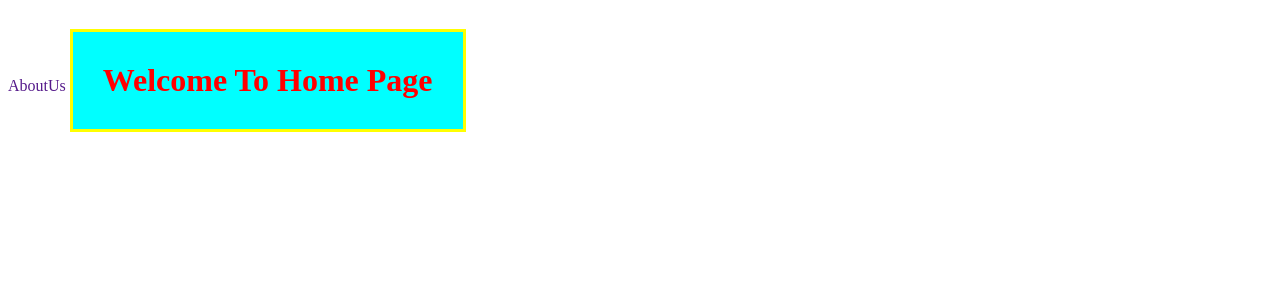
Repository: Raviteja6671/Django
Page: http://localhost/home/
An editor plug-in stored every save of this project. The page is shown before and after a run of saves, followed by the edit.
The browser window is 1280 px wide. The pictures show the whole page.
The page is served by the project's application, run on Django 5.2 (myProject/manage.py). Other server files are loaded and not shown.

Above is the page before, as saved 2025-12-07 20:02:29.

### myProject/basic/templates/home.html
<!DOCTYPE html>
<html lang="en">
<head>
    <meta charset="UTF-8">
    <meta name="viewport" content="width=device-width, initial-scale=1.0">
    <title>Document</title>
    <style>
        h1{
            background-color: aqua;
            color: red;
            border: 3px solid yellow;
            display: inline-block;
            padding: 30px;
        }
        a{
            text-decoration: none;

        }
    </style>

    <!-- createsuperuser:-
    username = Raviteja_Kodem
    Email = raviteja62@gmail.com
    password = R@vitej@62 -->

</head>
<body>
    <a href="">AboutUs</a>
    <h1>Welcome To Home Page</h1>
</body>
</html>

### myProject/basic/middleware.py
from django.http import JsonResponse
import re
import json
import jwt
from django.conf import settings

class BasicMiddleware:
    def __init__(self,get_response):
        self.get_response = get_response

    def __call__(self,request):
        print(request,"hello")
        if(request.path=="/student/"):
            print(request.method,"method")
            print(request.path)
        response=self.get_response(request)
        return response

# class signupMiddleware:
#     def __init__(self,get_response):
#         self.get_response = get_response
#     def __call__(self, request):
#         data = json.loads(request.body)
#         username=data.get('username')
#         email=data.get("email")
#         dob=data.get("dob")
#         password=data.get("pswd")


class basicMiddleware:
    def __init__(self, get_response):
        self.get_response = get_response
        # Define the list of specific URLs to monitor
        self.target_urls = [
            "/add_stu/",
            "/students/",
            "/student/",
            "/health/",
        ]

    def __call__(self, request):
        path = request.path
        print(f"Incoming request → {path}")

        if path in self.target_urls or path.startswith("/student/"):
            print("Middleware is Active for this URL")
            print(f"Method Used → {request.method}")
            print(f"Full Path → {path}")

            # Exp1 Block POST requests for testing
            if path == "/add_stu/" and request.method == "POST":
                print("⚠️ POST request detected on /add_stu/")

            # Exp2 Print user-agent header
            user_agent = request.META.get("HTTP_USER_AGENT", "Unknown")
            print(f"User-Agent: {user_agent}")

        response = self.get_response(request)

        #Exp3 Post-response actions
        if path.startswith("/students/"):
            print("Response successfully returned for student_related URL")

        return response


# 17/11/2025 class task

class SscMiddleware:
    def __init__(self, get_response):
        self.get_response = get_response
    def __call__(self, request):
        if request.path in ["/job1/", "/job2/"]:
            ssc_result = request.GET.get("ssc", "False")
            if ssc_result != "True":
                return JsonResponse({"error": "you should qualify atleast SSC for applying this job"},status=400)
        return self.get_response(request)


class MedicalMiddleware:
    def __init__(self, get_response):
        self.get_response = get_response
    def __call__(self, request):
        if request.path == "/job1/":
            medical_fit_result = request.GET.get("medically_fit", "False")
            if medical_fit_result != "True":
                return JsonResponse(
                    {"error": "your not Medically fit to apply for this job role"},
                    status=400)
        return self.get_response(request)


class AgeMiddleware:
    def __init__(self, get_response):
        self.get_response = get_response
    def __call__(self, request):
        if request.path in ["/job1/", "/job2/"]:
            age = int(request.GET.get("age", 17))
            if age < 18 or age > 25:
                return JsonResponse(
                    {"error": "age must be in between 18 too 25"},
                    status=400)
        return self.get_response(request)





#18/11/2025 class task


class UsernameMiddleware:
    def __init__(self, get_response):
        self.get_response = get_response

    def __call__(self, request):
        if request.path == "/signup/" and request.method == "POST":
            # Read JSON only once
            if not hasattr(request, "json_data"):
                try:
                    request.json_data = json.loads(request.body)
                except:
                    return JsonResponse({"error": "Invalid JSON"}, status=400)
            data = request.json_data
            username = data.get("username", "")
            if not username:
                return JsonResponse({"error": "Username is Required"}, status=400)
            if len(username) < 3 or len(username) > 20:
                return JsonResponse({"error": "Username must be 3 to 20 characters"}, status=400)
            if username[0] in "._" or username[-1] in "._":
                return JsonResponse({"error": "Username cannot start or end with . or _"}, status=400)
            if not re.match(r"^[a-zA-Z0-9._]+$", username):
                return JsonResponse({"error": "Username can contain letters, numbers, . and _ only"}, status=400)
            if ".." in username or "__" in username:
                return JsonResponse({"error": "Username cannot have double dots or double underscores"}, status=400)
        return self.get_response(request)


class EmailMiddleware:
    def __init__(self, get_response):
        self.get_response = get_response

    def __call__(self, request):
        if request.path == "/signup/" and request.method == "POST":
            if not hasattr(request, "json_data"):
                try:
                    request.json_data = json.loads(request.body)
                except:
                    return JsonResponse({"error": "Invalid JSON"}, status=400)
            data = request.json_data
            email = data.get("email", "")
            email_regex = r"^[a-zA-Z0-9._%+-]+@[a-zA-Z0-9.-]+\.[a-zA-Z]{2,}$"
            if not email:
                return JsonResponse({"error": "Email is required"}, status=400)
            if not re.match(email_regex, email):
                return JsonResponse({"error": "Invalid Email format"}, status=400)
        return self.get_response(request)


class PasswordMiddleware:
    def __init__(self, get_response):
        self.get_response = get_response

    def __call__(self, request):
        if request.path == "/signup/" and request.method == "POST":
            if not hasattr(request, "json_data"):
                try:
                    request.json_data = json.loads(request.body)
                except:
                    return JsonResponse({"error": "Invalid JSON"}, status=400)
            data = request.json_data
            password = data.get("password", "")
            password_regex = r"^(?=.*[a-z])(?=.*[A-Z])(?=.*\d)(?=.*[@$!%*#?&._])[A-Za-z\d@$!%*#?&._]{8,}$"
            if not password:
                return JsonResponse({"error": "Password is required"}, status=400)
            if not re.match(password_regex, password):
                return JsonResponse({
                    "error": "Password must contain 8+ characters, uppercase, lowercase, digit, special char"
                }, status=400)
        return self.get_response(request)


class authenticate_middleware():
    def __init__(self,get_response):
        self.get_response  = get_response
    def __call__(self, request):
        if request.path=="/getallusers/":
            token=request.headers.get("Authorization")
            print(token,"token") # prints the bearer <token>
            if not token:
                return JsonResponse({"error":"Authorization token Missing"},status=400)
            token_value=token.split(" ")[1]
            print(token_value,"token_value") # prints ['bearer','<token>']
            try:
                decode_data = jwt.decode(token_value, settings.SECRET_KEY, algorithms=["HS256"])
                print(decode_data,"decoded_data")
                request.token_data = decode_data
            except jwt.ExpiredSignatureError:
                return JsonResponse({"Error":"Token has expired, Please login again"},status=401)
            except jwt.exceptions.InvalidSignatureError:
                return JsonResponse({"error":"invalid token signature"},status=401)

        return self.get_response(request)

### myProject/basic/views.py
from django.shortcuts import render
import json
from django.http import HttpResponse
from django.http import JsonResponse
from django.db import connection
from django.views.decorators.csrf import csrf_exempt
from basic.models import student
from basic.models import Users
from django.conf import settings
import jwt
from datetime import datetime,timedelta
from zoneinfo import ZoneInfo
from django.contrib.auth.hashers import make_password,check_password

# Create your views here.

def sample(request):
    return HttpResponse('hello world')

def sample1(request):
    return HttpResponse('WelCome to Django')

def sampleInfo(request):
    data={"name":"raviteja","age":"22","city":"hyd"}
    # data=[4,6,8]
    return JsonResponse(data)

def dynamicResponse(request):
    name=request.GET.get("name"," Raviteja")
    city=request.GET.get("city","Hyderabad")
    return HttpResponse(f"Hello {name} From {city} !")

def add(request):
    a = int(request.GET.get('a', 8))
    b = int(request.GET.get('b', 9))
    return HttpResponse(f"Addition: {a + b}")

def sub(request):
    a = int(request.GET.get('a', 12))
    b = int(request.GET.get('b', 5))
    return HttpResponse(f"Subtraction: {a - b}")

def mul(request):
    a = int(request.GET.get('a', 18))
    b = int(request.GET.get('b', 4))
    return HttpResponse(f"Multiplication: {a * b}")

def div(request):
    a = int(request.GET.get('a', 8))
    b = int(request.GET.get('b', 6))  # Avoid division by zero default
    try:
        result = a / b
    except ZeroDivisionError:
        return HttpResponse("Error: Division by zero")
    return HttpResponse(f"Division: {result}")

# Health check endpoint
def health(request):
    try:
        with connection.cursor() as c:
            c.execute("SELECT 1")
        return JsonResponse({"status": "ok", "db": "connected"})
    except Exception as e:
        return JsonResponse({"status": "error", "db": str(e)})



# POST - Create new student
@csrf_exempt
def add_student(request):
    print(request.method)
    if request.method == "POST":
        data = json.loads(request.body)
        email = data.get("email")
        # Check if email already exists
        if student.objects.filter(email=email).exists():
            return JsonResponse({"error": "Email already exists"}, status=400)
        # Create new student
        stu = student.objects.create(
            name=data.get("name"),
            age=data.get("age"),
            email=email
        )
        return JsonResponse({"status": "success", "id": stu.id}, status=201)

# GET - Retrieve all students
    elif request.method == "GET":
        result = list(student.objects.values())
        return JsonResponse({"status": "success", "data": result}, status=200)

# DELETE - Delete student by ID
    elif request.method == "DELETE":
        data = json.loads(request.body)
        ref_id = data.get("id")
        try:
            deleting_data = student.objects.filter(id=ref_id).values().first()
            if not deleting_data:
                return JsonResponse({"error": "Student not found"}, status=404)
            student.objects.get(id=ref_id).delete()
            return JsonResponse({
                "status": "deleted",
                "deleted_data": deleting_data
            }, status=200)
        except student.DoesNotExist:
            return JsonResponse({"error": "Student not found"}, status=404)

# PUT - Full update (update all fields)
    elif request.method == "PUT":
        data = json.loads(request.body)
        ref_id = data.get("id")
        try:
            stu = student.objects.get(id=ref_id)
        except student.DoesNotExist:
            return JsonResponse({'error': "Student not found"}, status=404)
        # Check if new email already exists
        new_email = data.get("email")
        if student.objects.filter(email=new_email).exclude(id=ref_id).exists():
            return JsonResponse({"error": "Email already exists"}, status=400)
        stu.name = data.get("name", stu.name)
        stu.age = data.get("age", stu.age)
        stu.email = data.get("email", stu.email)
        stu.save()
        updated_data = student.objects.filter(id=ref_id).values().first()
        return JsonResponse({"status": "full update success", "updated_data": updated_data}, status=200)

# PATCH - Partial update (only update specific fields)
    elif request.method == "PATCH":
        data = json.loads(request.body)
        ref_id = data.get("id")
        try:
            stu = student.objects.get(id=ref_id)
        except student.DoesNotExist:
            return JsonResponse({'error': "Student not found"}, status=404)
        # Update only fields provided in the request
        if "name" in data:
            stu.name = data["name"]
        if "age" in data:
            stu.age = data["age"]
        if "email" in data:
            new_email = data["email"]
            # Check if email already exists
            if student.objects.filter(email=new_email).exclude(id=ref_id).exists():
                return JsonResponse({"error": "Email already exists"}, status=400)
            stu.email = new_email
        stu.save()
        updated_data = student.objects.filter(id=ref_id).values().first()
        return JsonResponse({"status": "partial update success", "updated_data": updated_data}, status=200)

    return JsonResponse({'error': "Unsupported method"}, status=405)



# 11/11/2025 task operations

def get_all_students(request):
    students = student.objects.all()
    data = list(students.values())
    return JsonResponse(data, safe=False)

def get_student_by_id(request, id):
    try:
        s = student.objects.get(id=id)
        data = {'id': s.id, 'name': s.name, 'age': s.age, 'email': s.email}
        return JsonResponse(data)
    except student.DoesNotExist:
        return JsonResponse({'error': 'Student not found'}, status=404)

def filter_students_age_gte_20(request):
    students = student.objects.filter(age__gte=20)
    data = list(students.values())
    return JsonResponse(data, safe=False)

def filter_students_age_lte_25(request):
    students = student.objects.filter(age__lte=25)
    data = list(students.values())
    return JsonResponse(data, safe=False)

def get_unique_ages(request):
    ages = student.objects.values_list('age', flat=True).distinct()
    return JsonResponse(list(ages), safe=False)

def count_total_students(request):
    total = student.objects.count()
    return JsonResponse({'total_students': total})


def job1(request):
    return JsonResponse({"message":"You have successfully applied for job1"},status=200)

def job2(request):
    return JsonResponse({"Message":"you have successfully applied for job2"},status=200)



# 18/11/2025 class

@csrf_exempt               #POST OPERATION
def signUp(request):
    if request.method == "POST":
        data = request.json_data   # <-- use this

        username = data.get("username")
        email = data.get("email")
        password =make_password(data.get("password"))

        if not username or not email or not password:
            return JsonResponse({"Message": "All fields are required"}, status=400)

        user = Users.objects.create(
            username=username,
            email=email,
            password=password
        )

        return JsonResponse({"Message": "User Registered", "id": user.id}, status=200)

    return JsonResponse({"Message": "Invalid Request Method"}, status=405)


@csrf_exempt                              # GET OPERATION
def getUsers(request):
    if request.method == "GET":
        users = Users.objects.all()

        data = []
        for user in users:
            data.append({
                "id": user.id,
                "username": user.username,
                "email": user.email,
                "password": user.password   # If you want to hide password, tell me
            })

        return JsonResponse({"users": data}, status=200)

    return JsonResponse({"Message": "Invalid Request Method"}, status=405)



@csrf_exempt                            # DELETE OPERATION
def deleteUser(request, id):
    if request.method == "DELETE":
        try:
            user = Users.objects.get(id=id)
            user.delete()
            return JsonResponse({"Message": "User Deleted Successfully", "id": id}, status=200)
        except Users.DoesNotExist:
            return JsonResponse({"Message": "User Not Found"}, status=404)

    return JsonResponse({"Message": "Invalid Request Method"}, status=405)


# @csrf_exempt
# def login(request):
#     if request.method=="POST":
#         data=request.POST
#         print(data)
#         username=data.get('username')
#         password=data.get("password")
#         try:
#             user=Users.objects.get(username=username)
#             if check_password(password,user.password):
#                 token="a json web token"

#                 return JsonResponse({"status":"successfully Loggedin","token":token},status=200)
#             else:
#                 return JsonResponse({"status":"failure","message":"invalid password"},status=400)
#         except Users.DoesNotExist:
#             return JsonResponse({"status":"failure","message":"user not found"},status=400)

@csrf_exempt
def login(request):
    if request.method == "POST":
        data = request.POST
        username = data.get("username")
        password = data.get("password")

        try:
            user = Users.objects.get(username=username)
            issued_time=datetime.now(ZoneInfo("Asia/Kolkata"))
            expired_time=issued_time+timedelta(minutes=50)
            if password == user.password:
                # token="a json web token"
                payload = {
                    "username": user.username,
                    "email": user.email,
                    "id": user.id,
                    "exp":expired_time
                }
                #creating jwt token
                token = jwt.encode(payload, settings.SECRET_KEY, algorithm="HS256")
                return JsonResponse({"status": "successfully Loggedin", "token": token,"issued_at":issued_time,"Token_expired_at":expired_time,"Token_expires_in-Minitues_is":int((expired_time-issued_time).total_seconds()/60)}, status=200)
            else:
                return JsonResponse({"status": "failure", "message": "invalid password"}, status=400)
        except Users.DoesNotExist:
            return JsonResponse({"status": "failure", "message": "user not found"}, status=400)



@csrf_exempt
def check(request):
    hashed="pbkdf2_sha256$1000000$oWRnje0wvfd1GDEWVxl1cH$ISOcbGnboV91VHZ9hLKmh+kOIwxLHACntmEfaRKMd+4="
    ipdata=request.POST
    print(ipdata)
    #hashed=make_password(ipdata.get('ip'))
    x=check_password(ipdata.get("ip"),hashed)
    print(x)
    return JsonResponse({"status":"success","data":x},status=200)


@csrf_exempt
def getAllUsers(request):
    if request.method == "GET":
        users = list(Users.objects.values())
        print(request.token_data, "token_data in view")
        print(request.token_data.get("username"), "username from token")
        print(users, "users list")
        token_username = request.token_data.get("username")
        usernames = [u["username"] for u in users]
        if token_username not in usernames:
            return JsonResponse({"error": "unauthorized access"}, status=401)
        return JsonResponse({"status": "success", "data": users}, status=200)

    return JsonResponse({"status": "failed", "message": "Only GET method allowed"}, status=400)


def home(request):
    return render(request,'home.html')

def aboutus(request):
    return render(request,'aboutus.html')

### myProject/myProject/urls.py
"""
URL configuration for myProject project.

The `urlpatterns` list routes URLs to views. For more information please see:
    https://docs.djangoproject.com/en/5.1/topics/http/urls/
Examples:
Function views
    1. Add an import:  from my_app import views
    2. Add a URL to urlpatterns:  path('', views.home, name='home')
Class-based views
    1. Add an import:  from other_app.views import Home
    2. Add a URL to urlpatterns:  path('', Home.as_view(), name='home')
Including another URLconf
    1. Import the include() function: from django.urls import include, path
    2. Add a URL to urlpatterns:  path('blog/', include('blog.urls'))
"""
from django.contrib import admin
from django.urls import path
from basic.views import sample
from basic.views import sample1
from basic.views import sampleInfo
from basic.views import dynamicResponse
from basic.views import add, sub, mul, div, health, add_student, check, login, getAllUsers, home, aboutus
from basic.views import get_all_students, get_student_by_id, filter_students_age_gte_20,  filter_students_age_lte_25, get_unique_ages, count_total_students
from basic.views import job1,job2,signUp
from basic import views

urlpatterns = [
    path('admin/', admin.site.urls),
    path('greet/',sample),
    path('53r54r/',sample1),
    path('info/',sampleInfo),
    path('name/',dynamicResponse),
    path('add/', add),
    path('sub/', sub),
    path('mul/', mul),
    path('div/', div),
    path('health/',health),
    path('add_stu/',add_student),
    path('job1/',job1),
    path('job2/',job2),
    path('check/',check),
    path('login/',login),
    path('getallusers/',getAllUsers),
    path("signup/", views.signUp),
    path("get-users/", views.getUsers),
    path("delete-user/<int:id>/", views.deleteUser),
    path('home/',home),
    path('aboutus/',aboutus),


    path('students/', get_all_students, name='get_all_students'),
    path('student/<int:id>/', get_student_by_id, name='get_student_by_id'),
    path('students/age_gte_20/', filter_students_age_gte_20, name='filter_students_age_gte_20'),
    path('students/age_lte_25/', filter_students_age_lte_25, name='filter_students_age_lte_25'),
    path('students/unique_ages/', get_unique_ages, name='get_unique_ages'),
    path('students/count/', count_total_students, name='count_total_students'),
]

After the next 7 saves:
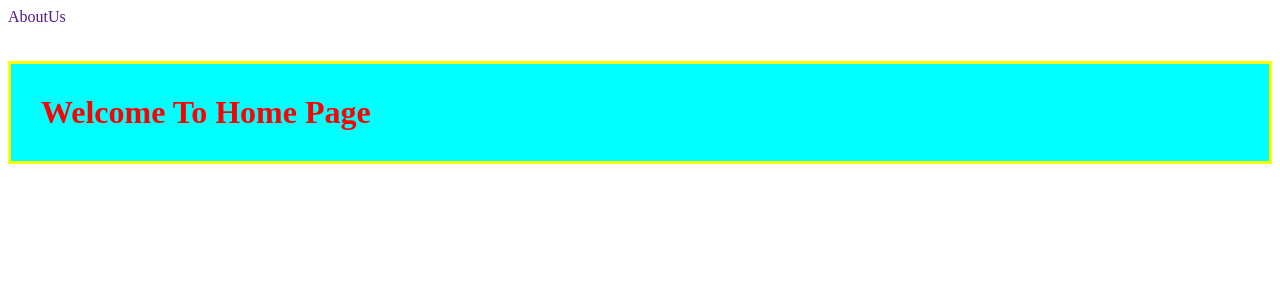
The 7 saves are shown as one change because they came seconds apart.
The last was saved 58 s later.
--- a/myProject/basic/templates/home.html
+++ b/myProject/basic/templates/home.html
@@ -9,7 +9,8 @@
             background-color: aqua;
             color: red;
             border: 3px solid yellow;
-            display: inline-block;
+            /* display: inline-block; */
+            margin-top: 35px;
             padding: 30px;
         }
         a{
